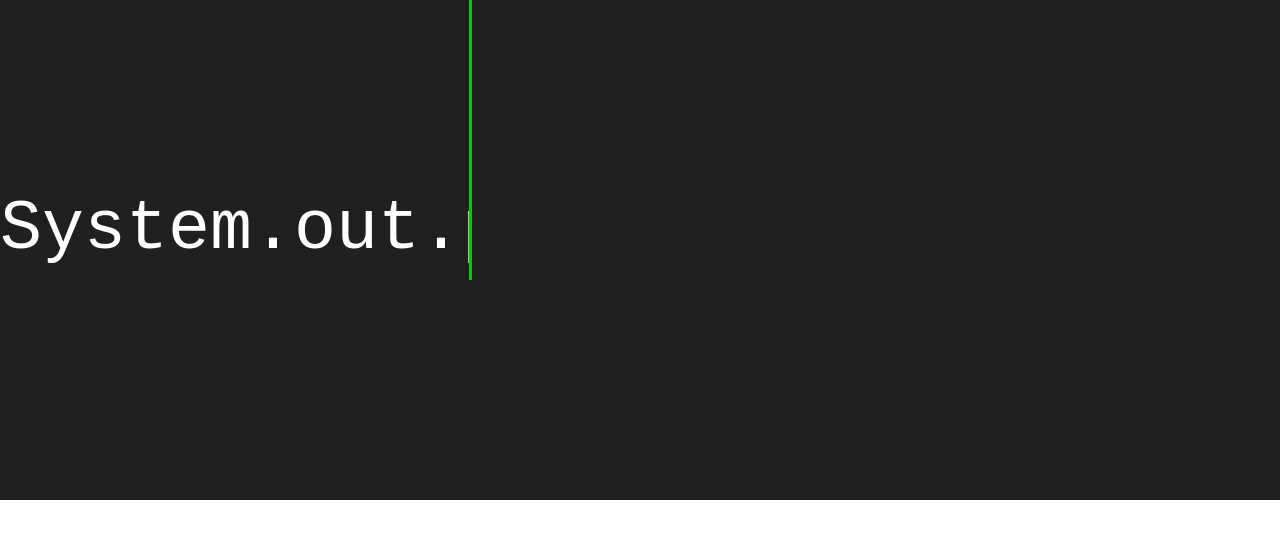
Repository: janry-gracia/Divinagracia_FinalProject
Page: Pages/storyofmylife.html
These files come from the project's save history. The page is drawn as it stood at one moment and after the next save; the edit follows.
The browser window is 1280 px wide. The pictures show the whole page.

Above is the page before, as saved 2021-05-17 23:35:49.
Console error: TypeError: Cannot read properties of null (reading 'addEventListener')

### Pages/storyofmylife.html
<!DOCTYPE html>
<html lang="en">
<head>
    <meta charset="UTF-8">
    <meta http-equiv="X-UA-Compatible" content="IE=edge">
    <meta name="viewport" content="width=device-width, initial-scale=1.0">
    <title>Story of My Life</title>
    <link rel="stylesheet" href="/css/bootstrap.css">
    <link rel="stylesheet" href="/css/storyofmylife.css">
</head>
<body>

    <div class="container-fluid ">

        <div class="container-fluid message">
            <p class="message typewriter">System.out.println("Hi! Welcome to my LIFE.")</p>
        </div>



    </div>


    <script src ="/js/jquery-3.6.0.min.js"></script>
    <script src="/js/bootstrap.js"></script>
    <script src="/js/script.js"></script>

</body>
</html>

### css/storyofmylife.css
@import url('https://fonts.googleapis.com/css2?family=Fira+Code:wght@300;400;500&display=swap');

*{
    padding: 0;
    margin: 0;
    box-sizing: border-box;
}

html, body{
    height: 100%;
    width: 100%;
    overflow: hidden;

}

.container-fluid{
    padding: 0;
    margin: 0;
    box-sizing: border-box;
}

div.message{
    height: 500px;
    background-color: rgb(32, 32, 32);
    text-align: center;

}

p.message{
    padding-top: 180px;
    font-family: 'Fire Code', monospace;
    font-size: 5em;
    font-weight: 200;
    color: white;
    border-right: solid 3px rgba(0,255,0,.75);
    white-space: nowrap;
    overflow: hidden;
    animation: animated-text 1s steps(45,end) 1s 1 normal both,
               animated-cursor 1000ms steps(45,end) infinite;
}

  /* Animation */
  @keyframes animated-text{
    from{width: 0;}
    to{width: 472px;}
  }

  /* cursor animations */

  @keyframes animated-cursor{
    from{border-right-color: rgba(0,255,0,.75);}
    to{border-right-color: transparent;}
  }

### js/script.js
let btn1= document.querySelector(".box1");
let btn2 = document.querySelector(".box2");
let text = document.querySelector(".greeting");
let frontpage = document.querySelector(".frontpage");
let secondpage = document.querySelector(".secondpage");
let button = document.querySelector(".button");
let logo = document.querySelector(".logo");



btn1.addEventListener("click", function() {
    btn1.classList.add("box1transition");
    btn1.style.transition = "transform 3s";
    btn2.classList.add("box2transition");
    btn2.style.transition = "transform 3s";
    text.style.animationName = "hidecontent";

    setTimeout(function () {
        window.open('Pages/backpage.html', '_self');
    }, 2500);

});


btn2.addEventListener("click", function() {
    btn1.classList.add("box1transition");
    btn1.style.transition = "transform 3s";
    btn2.classList.add("box2transition");
    btn2.style.transition = "transform 3s";
    text.style.animationName = "hidecontent";
    setTimeout(function () {
        window.open('Pages/backpage.html', '_self');
    }, 2500);

});


text.addEventListener("click", function() {
    btn1.classList.add("box1transition");
    btn1.style.transition = "transform 3s";
    btn2.classList.add("box2transition");
    btn2.style.transition = "transform 3s";
    text.style.animationName = "hidecontent";
    setTimeout(function () {
        window.open('Pages/backpage.html', '_self');
    }, 2500);

});

Loaded but not shown: css/bootstrap.css (library); js/jquery-3.6.0.min.js (library); js/bootstrap.js (library)

After the next save:
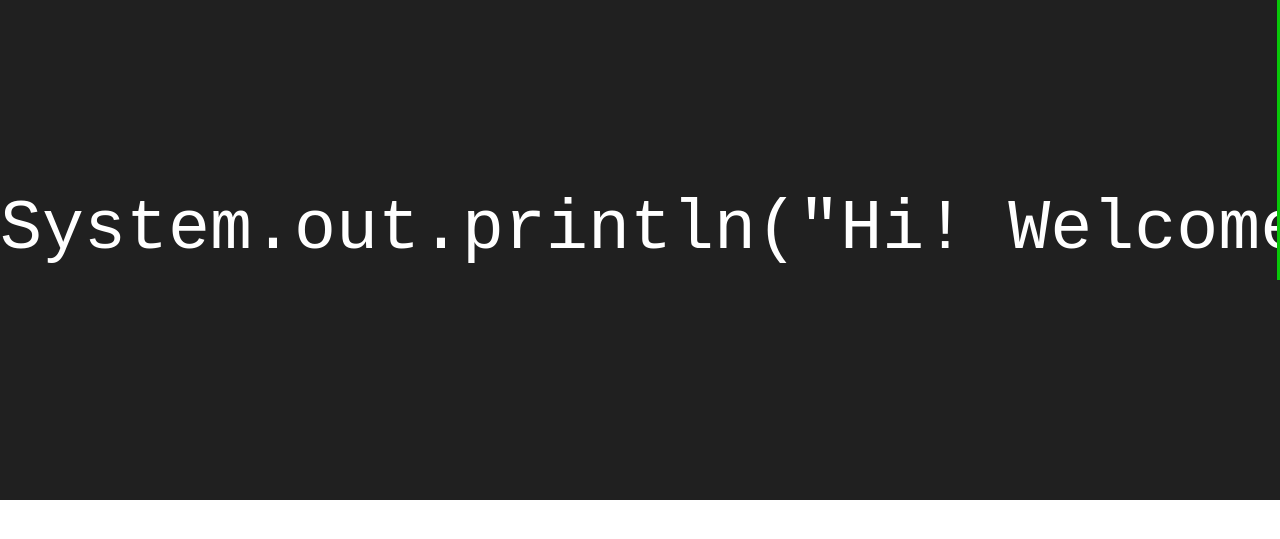
Saved 17 s later.
--- a/css/storyofmylife.css
+++ b/css/storyofmylife.css
@@ -42,7 +42,7 @@ p.message{
   /* Animation */
   @keyframes animated-text{
     from{width: 0;}
-    to{width: 472px;}
+    to{width: 100%;}
   }
 
   /* cursor animations */
